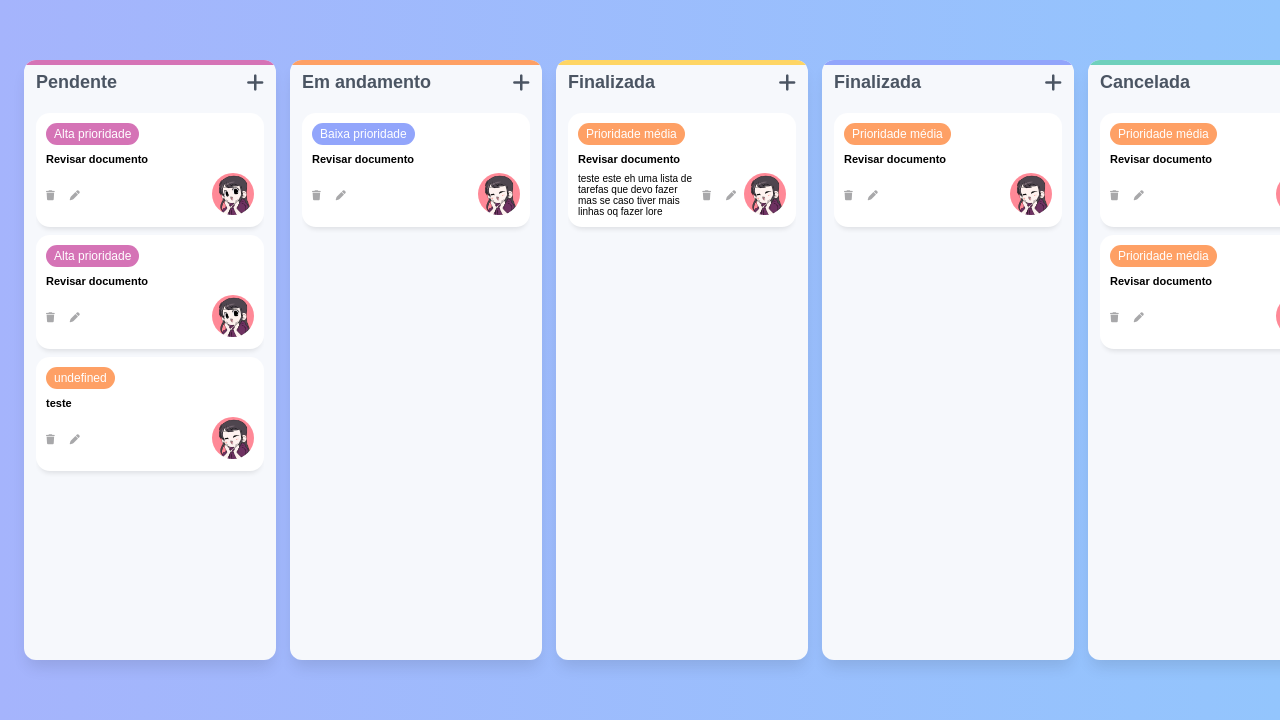
Repository: Marinalr-25/ProjetoToDoList
Page: index.html
These files come from the project's save history. The page is drawn as it stood at one moment and after the next save; the edit follows.
The browser window is 1280 px wide. The pictures show the whole page.
Empty fields were first filled with sample values (such as "Sample", 5 or name@example.com).
After loading, the first visible `button.botao` was clicked once.
Some web fonts or font styles are not loaded; a fallback is used. Some web libraries are served in a nearby version.

Above is the page before, as saved 2024-11-01 12:17:46.

After the next save:
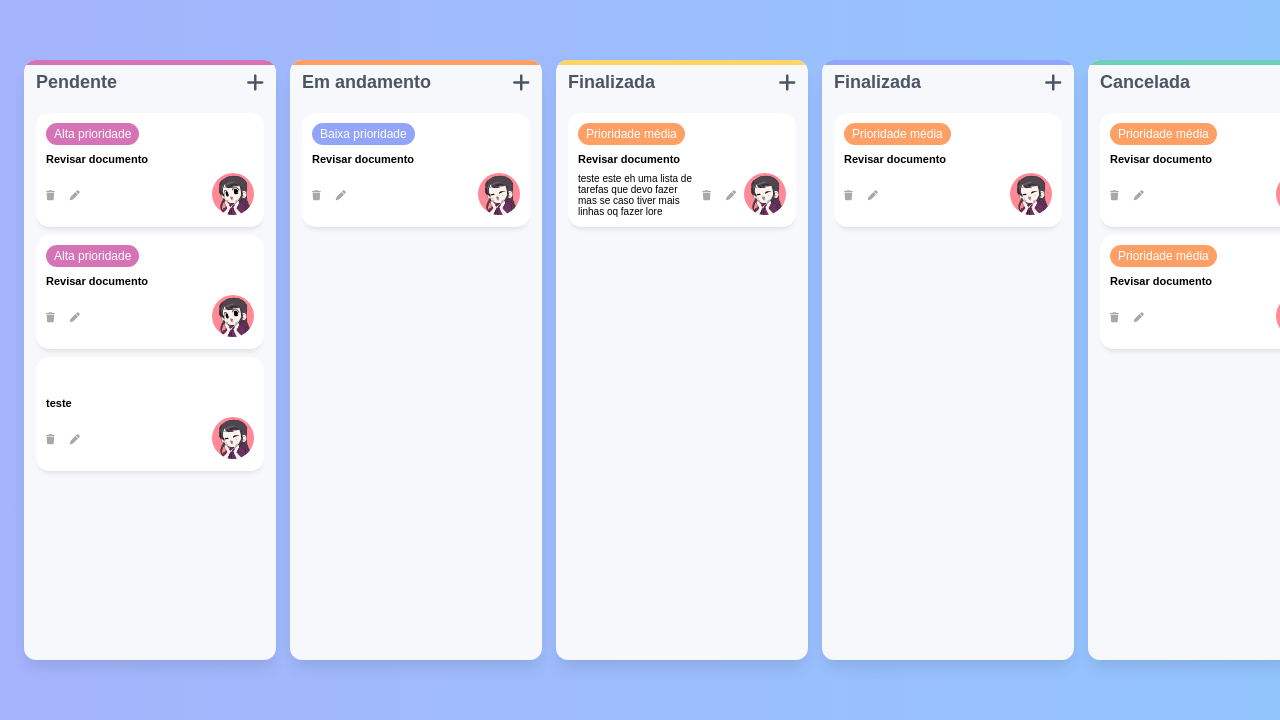
Saved 3 min 33 s later.
--- a/javascript/script.js
+++ b/javascript/script.js
@@ -50,9 +50,9 @@ document.addEventListener('DOMContentLoaded', function () {
     });
   });
 
-  function corPrioridade(selecionadoPrioridade) {
-    if (selecionadoPrioridade.textContent === 'Alta Prioridade') {
-      badge.classList.add('.high');
+  function corPrioridade() {
+    if (selecionadoPrioridade === 'Alta Prioridade') {
+      return 'high';
     }
   }
 
@@ -72,8 +72,10 @@ document.addEventListener('DOMContentLoaded', function () {
     novoCard.className = 'kanban-card';
     novoCard.draggable = true;
 
+    const prioridadeClasse = corPrioridade();
+
     novoCard.innerHTML = `
-        <div class="badge medium">
+        <div class=badge ${prioridadeClasse}>
             <span>${corPrioridade(selecionadoPrioridade)} </span>
         </div>
         <p class="card-title">teste</p>
